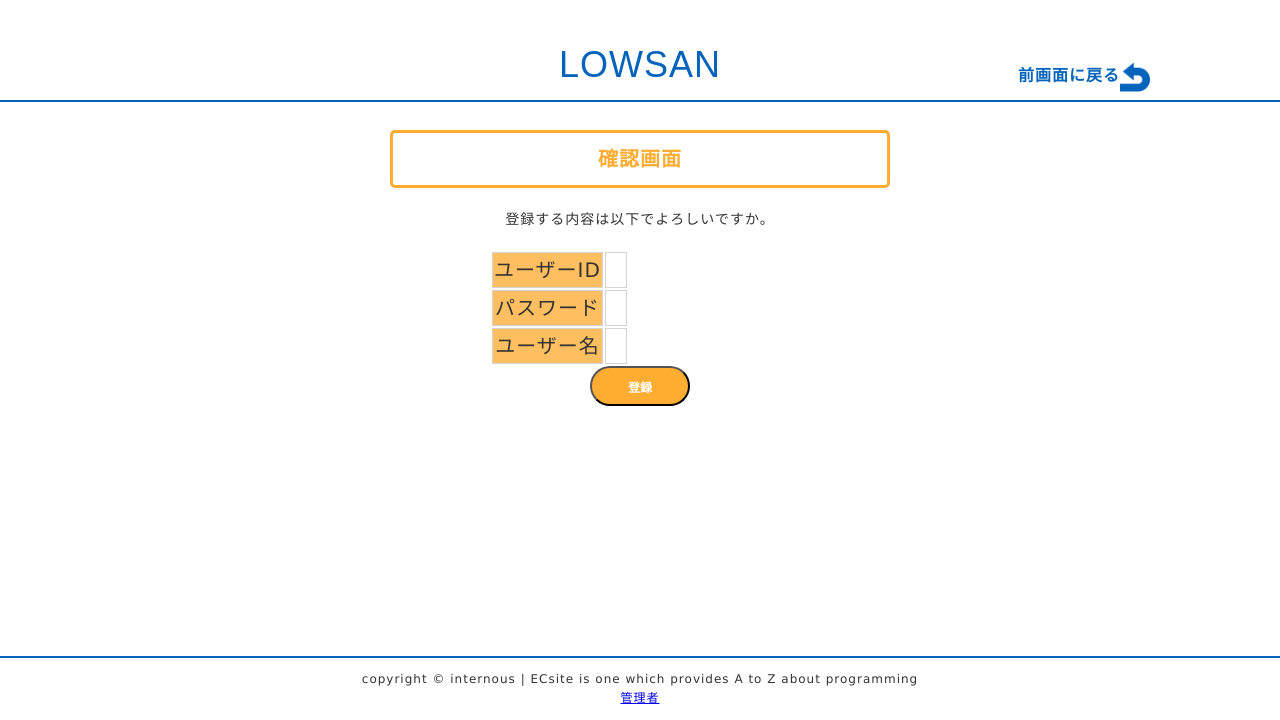
Repository: nishimura0212/myECsite
Page: http://localhost/ecsite/userCreateConfirm.jsp
The author's editor kept a copy of each file at every save. The page is drawn from the files as they stood at one save, then again after the next save.
The browser window is 1280 px wide. The pictures show the whole page.
The page is served by Tomcat 9. Other server files are loaded and not shown.

Above is the page before, as saved 2019-01-19 10:02:43.

### ecsite/WebContent/userCreateConfirm.jsp
<%@ page language="java" contentType="text/html; charset=UTF-8"
    pageEncoding="UTF-8"%>
<%@ taglib prefix="s" uri="/struts-tags" %>
<!DOCTYPE html>
<html>
<head>
<meta http-equiv="Content-Type" content="text/html; charset=UTF-8"/>
<meta http-equiv="Content-Script-Type" content="text/javascript"/>
<meta http-equiv="imagetoolbar" content="no"/>
<meta name="description" content=""/>
<meta name="keywords" content=""/>
<title>確認画面</title>
<link rel="stylesheet" type="text/css" href="css/style.css">
</head>
<body>
	<div id="header">
		<p>LOWSAN</p>
		<div id="header-icon">
			<ul>
				<li class="icon">
					<a href="UserCreateAction">
					前画面に戻る<img src="./img/icon/back.png" width="30px" height="30px">
					</a>
				</li>
			</ul>
		</div>
	</div>
	<div id="main">
		<div id="top">
			<p>確認画面</p>
		</div>
		<div>
			<div class="comment">登録する内容は以下でよろしいですか。</div>
			<div class="center-new">
				<s:form action="UserCreateCompleteAction">
					<table>
						<tr>
							<td class="td-left"><label>ユーザーID</label></td>
							<td class="td-right"><s:property value="loginUserId" escape="false" /></td>
						</tr>
						<tr>
							<td class="td-left"><label>パスワード</label></td>
							<td class="td-right"><s:property value="loginPassword" escape="false" /></td>
						</tr>
						<tr>
							<td class="td-left"><label>ユーザー名</label></td>
							<td class="td-right"><s:property value="userName" escape="false" /></td>
						</tr>
					</table>
					<div>
						<input type="button" value="登録" class="single_btn" />
					</div>
				</s:form>
			</div>
		</div>
	</div>
	<div id="footer">
		<p>copyright &copy; internous | ECsite is one which provides A to Z about programming<br/>
		<a href = '<s:url action="AdminAction"/>'>管理者</a></p>
	</div>

</body>
</html>

### ecsite/WebContent/css/style.css
@CHARSET "UTF-8";

/* bodyレイアウト */
body{
	margin: 0;
	padding: 0;
	height: 100%;
	height: auto;
	line-height: 1.6;
	letter-spacing: 1px;
	font-family: Verdana,Helvetica,sans-serif;
	font-size: 12px;
	color: #333;
	background: #fff;
}

/* headerレイアウト */
#header{
	position: fixed;
	left: 0;
	top: 0;
	z-index: 2;
	width: 100%;
	height: 100px;
	text-align: center;
	background-color: #fff;
	border-bottom: 2px solid #0464bb;
}
#header p{
	color: #0464bb;
	font-family: "メイリオ",sans-serif;
	font-size: 36px;
}
#header-icon{
	position: absolute;
	top: 50px;
	right: 100px;
}
#header-icon .icon{
	float: left;
	margin: 0 auto;
	margin-right: 30px;
	list-style-type: none;
	font-size: 16px;
	font-weight: bold;
}
#header-icon .icon img{
	clear: both;
	vertical-align: middle;
}
#header-icon .icon a{
	color: #0464bb;
	text-decoration:none;
}
.icon:hover{
	cursor: pointer;
}

/* mainレイアウト */
#main{
	position: relative;
	top: 110px;
	width: 100%;
	padding-bottom: 60px;
}

.waku{
	margin-top: 50px;
}

/* 見出しレイアウト */
#top{
	width: 500px;
	margin: 0px auto;
	margin-top: 10px;
	text-align: center;
}
#top p{
	font-size: 20px;
	font-weight: bold;
	border: 3px solid #FFAD32;
	border-radius: 5px;
	color: #FFAD32;
	background-color: #fff;
	padding: 10px 0px;
}

/* tableレイアウト */
.table{
	margin: 0 auto;
	width: 800px;
	font-size: 24px;
	padding: 40px 30px 50px 20px;
	background-color: #FFFDEB;
	color: #FFAD32;
	border-radius: 10px;
}

/* ログイン画面 */
.textarea{
	width: 100%;
	height: 30px;
	font-size: 22px;
	padding-left: 1%;
	border-radius: 15px;
}
input[type="text"]:focus {
	border: 2px solid #FFD493;
	outline: 0;
}
input[type="password"]:focus {
	border: 2px solid #FFD493;
	outline: 0;
}
.error{
	margin: 0 auto;
	width: 500px;
	text-align: center;
}
.error p{
	color: #FF5151;
	font-size: 14px;
}
.single{
	margin-top: 20px;
	text-align: center;
	padding: 20px;
}
.single_btn{
	width: 100px;
	height: 40px;
	padding: 5px;
	background-color: #FFAD32;
	font-size: 12px;
	font-weight: bold;
	color: white;
	border-color: none;
	border-radius: 20px;
}
.single_btn:hover{
	background-color: #F99500;
	cursor: pointer;
}

/* 会員画面 */
.comment{
	text-align: center;
	font-size: 14px;
}
.main-text{
	text-align: center;
	margin-top: 10px;
}
.userButton{
	margin-top: 20px;
	width: 300px;
	height: 100px;
	color: #FFFDEB;
	font-size: 24px;
	background-color: #FFAD32;
	border-radius: 20px;
}
.userButton:hover{
	cursor: pointer;
	background-color: #F99500;
}

/* カテゴリ選択画面 */
.categoryBox{
	margin: 0 auto;
	margin-top: 30px;
	width: 600px;
	text-align: center;
}
.category{
	margin: 0 auto;
	display: inline-block;
	text-align: center;
}
.categoryCircle{
	margin: 0 auto;
	float: left;
}
.circle{
	width: 200px;
	height: 200px;
	margin: 0px 20px 10px 20px;
	border-radius: 50%;
	font-size: 30px;
	border: 5px solid #FFBF60;
	background-color: #FFFDEB;
}
.circle:hover{
	background-color: #FFBF60;
	color: #FFFDEB;
	border: none;
	cursor: pointer;
}
#empty{
	clear: both;
}

/* 商品選択画面 */
.item-wrap{
	width: 700px;
	margin: 30px auto;
	height: 100%;
	padding-bottom: 60px;
}
.itemBox{
	width: 300px;
	height: 250px;
	text-align: center;
	border: 2px dotted gray;
	margin: 20px 20px 20px 20px;
	background-color: #f9fcb6;
}
.itemBox img{
	width: 250px;
	height: 250px;
}
.itemName{
	margin: 0;
	font-size: 15px;
}
.flex-container{
	display: inline-flex;
}

/* 商品購入画面 */
.containerA{
	margin: 0 auto;
	margin-top: 20px;
	margin-right: 50px;
	text-align: center;
}
.left{
	width: 300px;
	height: 300px;
}
.left img{
	width: 100%;
}
.right{
	height: 300px;
	font-size: 20px;
	margin-top: 30px;
	border-collapse: collapse;
}
.td-left{
	text-align: center;
	background-color: #FFBF60;
	border: 1px solid lightgray;
}
.td-right{
	text-align: left;
	padding: 0px 10px;
	border: 1px solid lightgray;
}
.td-submit{
	background-color: #fff;
}
.select{
	width: 50px;
	font-size: 20px;
}
.select:hover{
	cursor: pointer;
}
.block{
	width: 100px;
	display: block;
}

/* 商品購入確認画面 */
.containerB{
	margin: 0 auto;
	margin-left: 150px;
	text-align: center;
}
.button{
	position: relative;
	top: 350px;
	right: 210px;
}
.gray_btn{
	width: 100px;
	height: 40px;
	padding: 5px;
	background-color: #808080;
	font-size: 12px;
	font-weight: bold;
	color: white;
	border-color: none;
	border-radius: 20px;
}
.gray_btn:hover{
	background-color: #666666;
	cursor: pointer;
}

/* 商品購入完了画面 */
.center{
	width: 400px;
	margin: 0 auto;
	margin-top: 50px;
}
.comment p{
	height: 50px;
	line-height: 50px;
	font-size: 16px;
	border: 2px solid gray;
	border-radius: 5px;
}

/* 商品購入履歴画面 */
.history-table{
	margin:0 auto;
	font-size: 16px;
	border-collapse: collapse;
	border: 1px solid lightgray;
	text-align: center;
}
.history-table th{
	border: 1px solid lightgray;
}
.history-table td,.td-img{
	border: 1px solid lightgray;
}
.history-table tr:first-child{
	background-color: #FFBF60;
}
.td-img img{
	width: 100px;
	height: 100px;
}

/* 商品購入画面 */
.pay-method{
	text-align: center;
	font-size: 14px;
}
.pay-method h4{
	margin: 0 auto;
	margin-top: 20px;
	width: 300px;
	border: 2px solid #FFAD32;
	border-radius: 5px;
}

/* 新規会員登録確認画面 */
.center-new{
	margin: 0 auto;
	margin-top: 20px;
	width: 300px;
	height: 300px;
	text-align: center;
	font-size: 20px;
	border-collapse: collapse;
}



.buy-item-button{
	margin: 20px;
	width: 100px;
	height: 50px;
	background-color: #eee;
	border-radius: 20%;
}
.buy-item-button:hover{
	cursor: pointer;
	background-color: #f9fcb6;
}
.pointer:hover{
	cursor: pointer;
}
.button1{
	margin: 0 20px auto;
	float: left;
}
.submit{
	width: 300px;
	height: 400px;
	border-radius: 10%;
	background-color: #f8f8f8;
	font-size: 30px;
}
.submit:hover{
	box-shadow: none;
	background-color: #ffff80;
	cursor: pointer;
}
#text-link{
	display: inline-block;
	text-align: right;
}
#text-right{
	display: inline-block;
	text-align: right;
}
.text-right{
	display: inline-block;
	margin-left: 4%;
}
#wrap{
	margin: 0 40% auto;
}
#left{
	float: left;
	width: 50%;
}
#right{
	float: left;
	width: 50%;
}
.text-center{
	display: inline-block;
	text-align: center;
}
#text{
	clear: left;
	padding-top: 20px;
	width: 780px;
	margin: 30px auto;
}
.text{
	text-align: center;
}
#list{
	border: 2px dotted gray;
	width: 500px;
	height: 100px;
	background-color: lightyellow;
	margin: 30px auto;
}
#list ul li{
	display: inline-block;
	list-style-type: none;
	margin-right: 2em;
}
#button{
	display: inline-block;
	text-align: center;
}
#empty{
	clear: both;
}
.button{
	margin: 0 auto;
	float: left;
	margin-right: 10px;
}
.button:hover{
	cursor: pointer;
}
.category_button{
	margin: 0 auto;
	float: left;
}
.item{
	width: 200px;
	height: 200px;
	margin: 0px 20px 10px 20px;
	border-radius: 50%;
	font-size: 30px;
}





/* footerレイアウト */
#footer{
	clear: both;
	position: fixed;
	left: 0;
	bottom: 0;
	z-index: 2;
	width: 100%;
	background-color: #fff;
	border-top: 2px solid #0464bb;
}
#footer p{
	text-align: center;
}

After the next save:
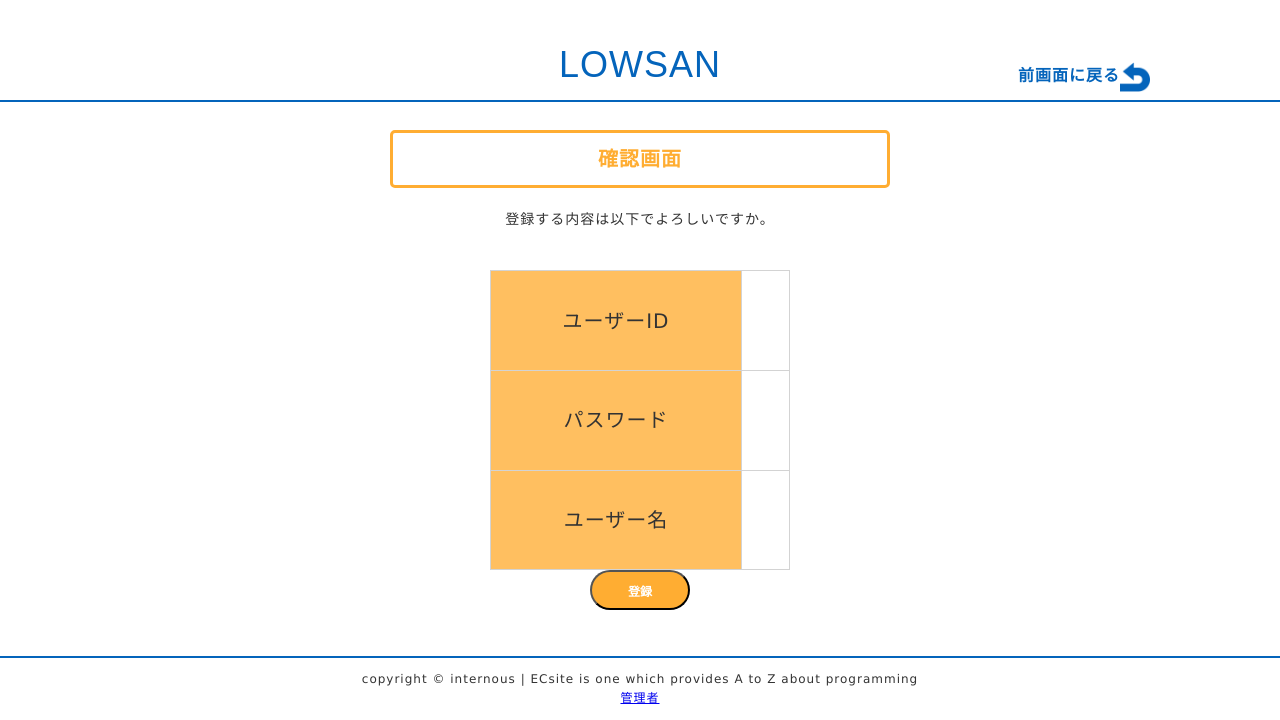
Saved 59 s later.
--- a/ecsite/WebContent/userCreateConfirm.jsp
+++ b/ecsite/WebContent/userCreateConfirm.jsp
@@ -33,7 +33,7 @@
 			<div class="comment">登録する内容は以下でよろしいですか。</div>
 			<div class="center-new">
 				<s:form action="UserCreateCompleteAction">
-					<table>
+					<table class="center-new">
 						<tr>
 							<td class="td-left"><label>ユーザーID</label></td>
 							<td class="td-right"><s:property value="loginUserId" escape="false" /></td>
